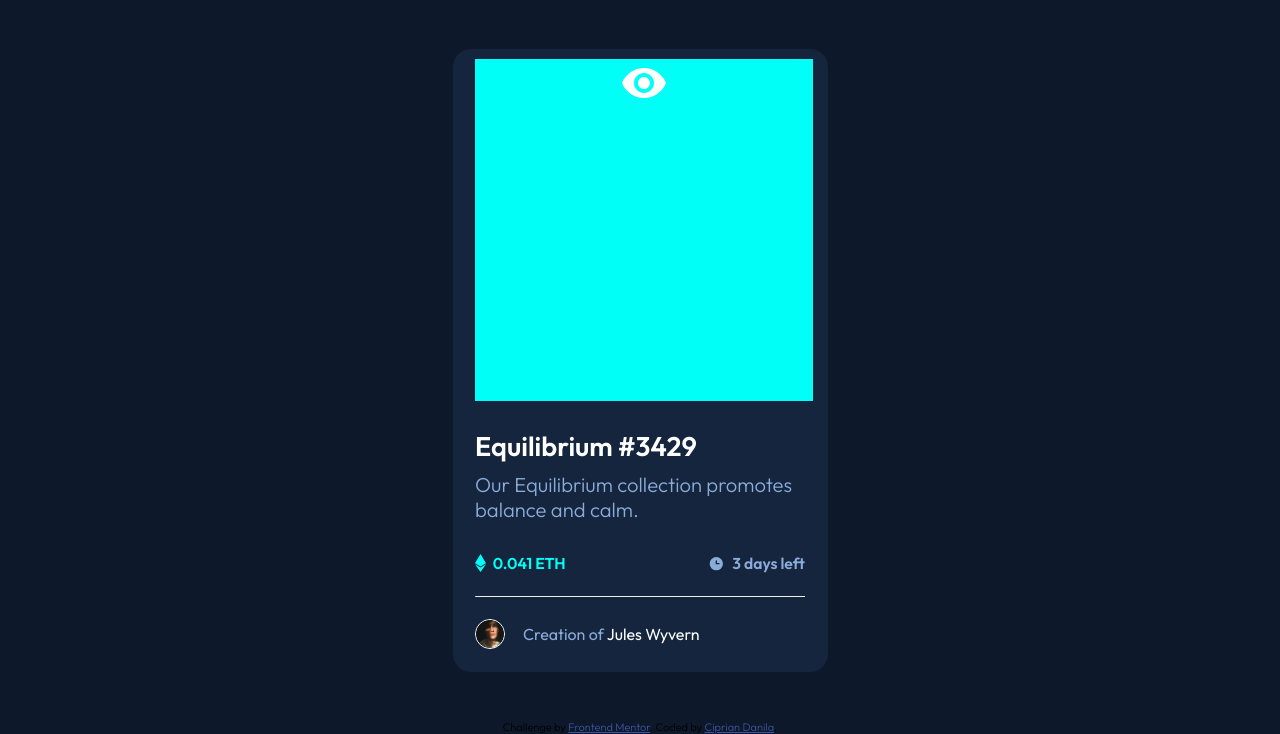
Repository: cipdanila/NFT-preview-card-component
Page: index.html
These files come from the project's save history. The page is drawn as it stood at one moment and after the next save; the edit follows.
The browser window is 1280 px wide. The pictures show the whole page.

Above is the page before, as saved 2024-01-31 18:05:34.

### index.html
<!DOCTYPE html>
<html lang="en">
    <head>
        <meta charset="UTF-8" />
        <meta name="viewport" content="width=device-width, initial-scale=1.0" />
        <!-- displays site properly based on user's device -->

        <link rel="icon" type="image/png" sizes="32x32" href="./images/favicon-32x32.png" />
        <link rel="stylesheet" href="style.css" />
        <title>Frontend Mentor | NFT preview card component</title>
    </head>
    <body>
        <main>
            <div class="card">
                <div class="image-card">
                    <img src="/images/image-equilibrium.jpg" alt="cube-equilibrium" class="mainImg" />
                    <div>
                        <img src="./images/icon-view.svg" alt="icon-view">
                    </div>
                </div>
                <div class="text-card">
                    <h1 id="title">Equilibrium #3429</h1>
                    <p id="description">Our Equilibrium collection promotes balance and calm.</p>
                    <div class="price-time">
                        <div class="price">
                            <img src="/images/icon-ethereum.svg" alt="ethereum" />
                            <p class="ethereum">0.041 ETH</p>
                        </div>
                        <div class="time">
                            <img src="/images/icon-clock.svg" alt="clock" />
                            <p class="clock">3 days left</p>
                        </div>
                    </div>
                    <hr />
                    <div class="owner">
                        <img src="/images/image-avatar.png" alt="avatar" />
                        <p>Creation of <span>Jules Wyvern</span></p>
                    </div>
                </div>
            </div>
        </main>

        <footer>
            <div class="attribution">
                Challenge by
                <a
                    href="https://www.frontendmentor.io/challenges/nft-preview-card-component-SbdUL_w0U"
                    target="_blank"
                    rel="noopener noreferer"
                    >Frontend Mentor</a
                >. Coded by <a href="https://github.com/cipdanila" target="_blank" rel="noopener noreferer">Ciprian Danila</a>.
            </div>
        </footer>
    </body>
</html>

### style.css
@import url("https://fonts.googleapis.com/css2?family=Outfit:wght@300;400;600&display=swap");

:root {
    /* Colors */
    /* Primary */
    --soft-blue: hsl(215, 51%, 70%); /* paragraph */
    --cyan: hsl(178, 100%, 50%); /* active states */
    /* Neutrals */
    --very-dark-blue-main: hsl(217, 54%, 11%); /* main background */
    --very-dark-blue-card: hsl(216, 50%, 16%); /* card background */
    --very-dark-blue-line: hsl(215, 32%, 27%); /* hr line */
    --white: hsl(0, 0%, 100%); /* title */
}

*, *::after, *::before {
    box-sizing: border-box;
    margin: 0;
    padding: 0;
}

body, html {
    height: 100%;
    font-family: "Outfit", sans-serif;
    font-size: 1.125rem;
    font-weight: 300;
    background-color: var(--very-dark-blue-main);
}

main {
    display: flex;
    justify-content: center;
    align-items: center;
    height: 100%;
}

.card {
    max-width: 375px;
    border-radius: 1rem;
    box-shadow: 0.5rem 0.5rem rgb(rgb(12, 23, 41));
    display: flex;
    flex-direction: column;
    justify-content: center;
    align-items: center;
    background-color: var(--very-dark-blue-card);
}

.image-card {
    position: relative;
    text-align: center;
    padding: 1.25rem;
}

.image-card div {
    position: absolute;
    background-color: var(--cyan);
    top: 10px;
    width: 90%;
    height: 90%;
}

.mainImg {
    max-width: 100%;
    height: auto;
    border-radius: 0.625rem;
}

.text-card {
    padding: 0 1.25rem;
}


#title {
    color: var(--white);
    font-weight: 600;
    font-size: 1.5rem;
}

#description {
    color: var(--soft-blue);
    font-weight: 300;
    padding: 0.5rem 0;
}

.price-time {
    width: 100%;
    display: flex;
    justify-content: space-between;
    padding: 1.25rem 0;
    font-size: 0.875rem;
    font-weight: 600;
}

.price-time img {
    margin-right: 0.375rem;
}

.price {
    display: flex;
    align-items: center;
    color: var(--cyan);
}


.time {
    display: flex;
    align-items: center;
    color: var(--soft-blue);
}

.owner {
    display: flex;
    align-items: center;
    padding: 1.25rem 0;
    font-size: 16px;
    font-weight: 400;
    color: var(--soft-blue);
}

.owner img {
    width: 30px;
    border: 1px solid var(--white);
    border-radius: 50px;
    margin-right: 1rem;
}

span {
    color: var(--white);
}

hr {
    align-self: center;
    border-top: 1px var(--very-dark-blue-line);
}

.image-card:hover, #title:hover, span:hover {
    cursor: pointer;
    color: var(--cyan);
}

.attribution {
    font-size: 11px;
    text-align: center;
}
.attribution a {
    color: hsl(228, 45%, 44%);
}

After the next save:
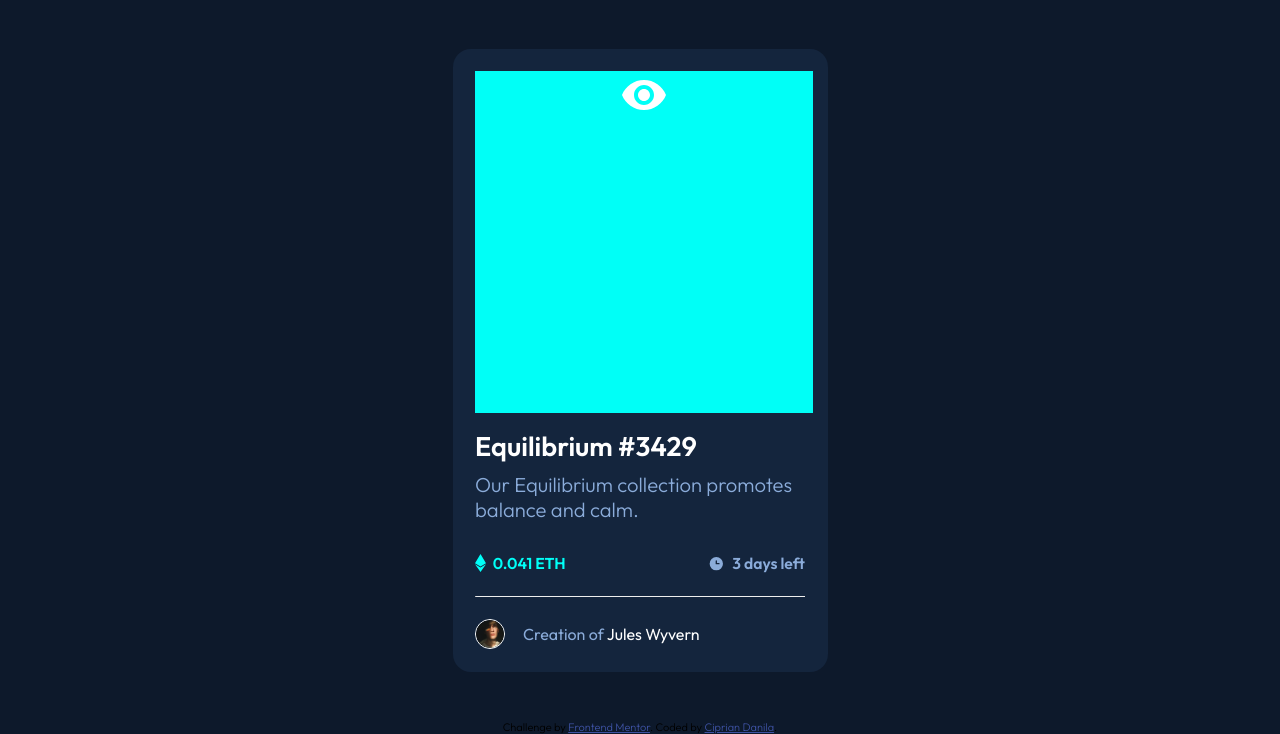
Saved 13 s later.
--- a/style.css
+++ b/style.css
@@ -53,7 +53,7 @@
 .image-card div {
     position: absolute;
     background-color: var(--cyan);
-    top: 10px;
+    top: 1.25rem;
     width: 90%;
     height: 90%;
 }
